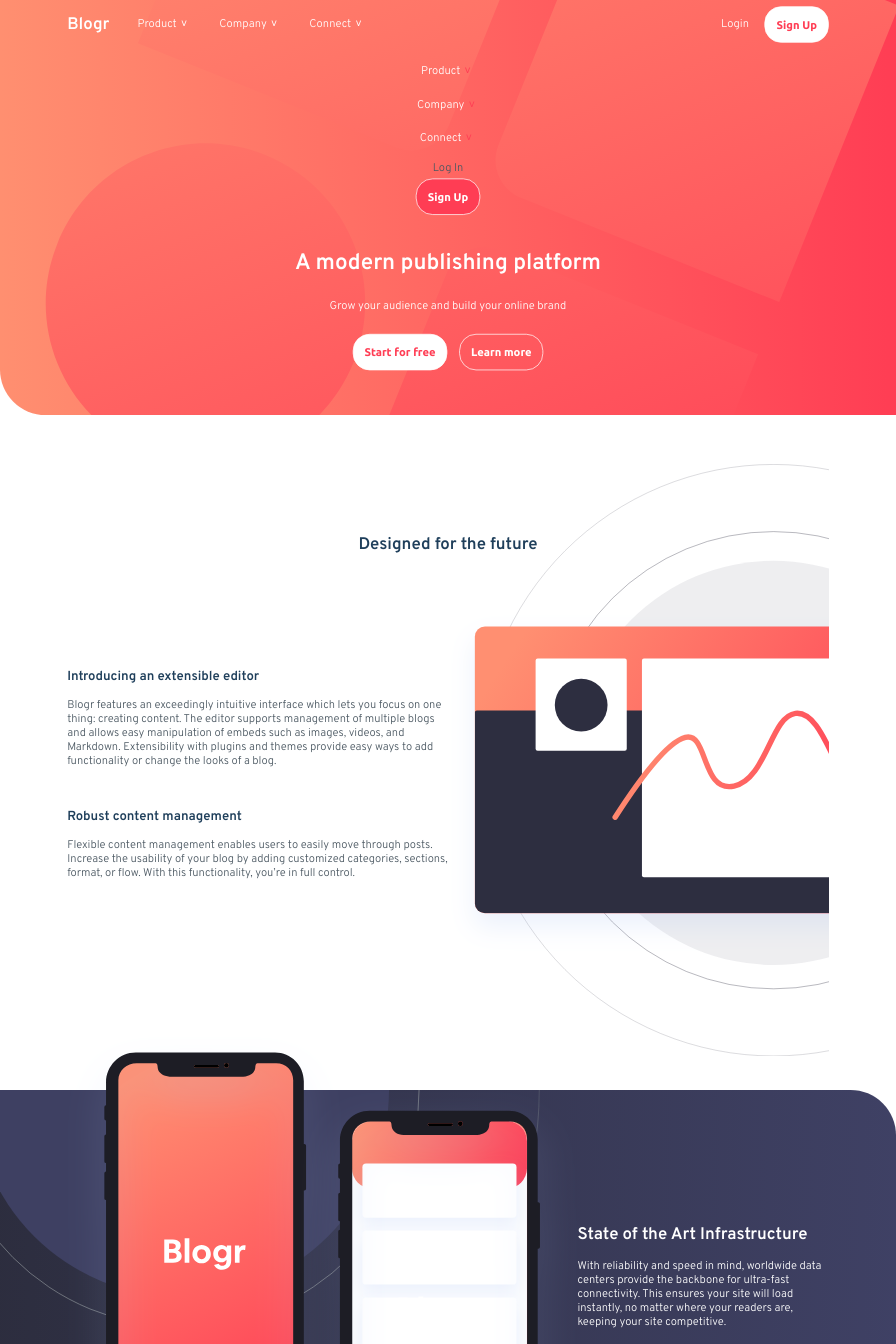
Repository: Ejiro-Oke/Blogr
Page: blogr.html
The author's editor kept a copy of each file at every save. The page is drawn from the files as they stood at one save, then again after the next save.
The browser window is 1280 px wide. The pictures show the part of the page from y = 0 to 1920 px (the page is 3355 px tall before and 3375 px after), at 70% of full size.

Above is the page before, as saved 2021-04-17 00:12:13.

### blogr.html
<!DOCTYPE html>
<html lang="en">
    <head>
        <meta charset="UTF-8">
        <meta name="viewport" content="width=device-width, initial-scale=1">
        <meta name="author" content="Ejiro Oke">
        <title>Blogr</title>
        <link rel="stylesheet" href="blogr.css">
        <link rel="preconnect" href="https://fonts.gstatic.com">
        <link href="https://fonts.googleapis.com/css2?family=Overpass:wght@300;600&display=swap" rel="stylesheet">
        <!-- <link rel="preconnect" href="https://fonts.gstatic.com"> -->
        <link href="https://fonts.googleapis.com/css2?family=Ubuntu:ital,wght@0,500;0,700;1,400&display=swap" rel="stylesheet">
    </head>

    <body>
    <header id="cropped">
        <div class="container container-flex" id="nav-bar">
            <nav>
            <div id="left-nav">
                <h2 class="site-title">Blogr</h2>

            <ul class="top-navbar">
                <li  id="content-trigger"><a href="#">Product</a><p class="arrow top-arrow p-arrow"> ˅</p></li>
                <div class=" drop-top">
                    <ol class="dropdown-content ">
                    <li><a href="#">Overview</a></li>
                    <li><a href="#">Pricing</a></li>
                    <li><a href="#">Marketplace</a></li>
                    <li><a href="#">Features</a></li>
                    <li><a href="#">Integrations</a></li>
                    </ol>
                </div>
            </ul>

            <ul class="top-navbar">

                <li id="content-trigger"><a href="#">Company</a><span class="arrow top-arrow c-arrow"> ˅</span></li>
                <div class=" drop-top">
                    <ol class="dropdown-content">
                    <li><a href="#">About</a></li>
                    <li><a href="#">Team</a></li>
                    <li><a href="#">Blog</a></li>
                    <li><a href="#">Careers</a></li>
                    </ol>
                </div>
            </ul>

            <ul class="top-navbar">
                <li  id="content-trigger"><a href="#">Connect</a><span class="arrow top-arrow con-arrow"> ˅</span></li>
                <div class=" drop-top">
                    <ol class="dropdown-content ">
                    <li><a href="#">Contact</a></li>
                    <li><a href="#">Newsletter</a></li>
                    <li><a href="#">LinkedIn</a></li>
                    </ol>
                </div>
            </ul>
        </div> <!---close left-nav-->

            <div class="top-navbar" id="right-nav">
                <ul>
                <li><a href="#">Login</a></li>
                </ul>
                <button href="#"  >Sign Up</button>
            </div>


            <ol class="dropbtn">
            <li class="alt-nav" ></li>
            <li class="alt-nav"></li>
            <li class="alt-nav"></li>
            </ol>

                </div>

            </nav>

<div class="modal"
        <div class= "container drop-down-menu">
            <ol>
            <li class="product-drop" id="dropdown-trigger">Product<span class="arrow p-arrow"> ˅</span> </li>
            <div class="product-content kon">
                <ol class="dropdown-content">
                <li><a href="#">Overview</a></li>
                <li><a href="#">Pricing</a></li>
                <li><a href="#">Marketplace</a></li>
                <li><a href="#">Features</a></li>
                <li><a href="#">Integrations</a></li>
                </ol>
            </div>
            </ol>
            <ol>
            <li class="company-drop" id="dropdown-trigger">Company<span class="arrow c-arrow"> ˅</span></li>
            <div class="company-content kon">
                <ol class="dropdown-content">
                <li><a href="#">About</a></li>
                <li><a href="#">Team</a></li>
                <li><a href="#">Blog</a></li>
                <li><a href="#">Careers</a></li>
                </ol>
            </div>
            </ol>

            <ol>
            <li class="connect-drop" id="dropdown-trigger"   >Connect<span class="arrow con-arrow"> ˅</span></li>
            <div class="connect-content kon">
                <ol class="dropdown-content">
                <li><a href="#">Contact</a></li>
                <li><a href="#">Newsletter</a></li>
                <li><a href="#">LinkedIn</a></li>
                </ol>
            </div>
            </ol>

            <div class="dropdown-btns">
                <ol>
            <li><a href="#">Log In</a> </li>
            <li><button class="red-btn">Sign Up</button></li>
                </ol>
        </div>
    </div>
    </div> <!---close container flex/ nav-bar-->

        <div class="container hero">
            <h1>A modern publishing platform</h1>
            <p>Grow your audience and build your online brand</p>
            <button>Start for free</button> <button class="clear-btn">Learn more</button>
        </div>

    </header>

<div class="container container-flex">
    <main role="main">
<h2 class="hero2">Designed for the future</h2>
<div class="columns left">
    <div class="col col-left content">
        <h3>Introducing an extensible editor</h3>
        <p>Blogr features an exceedingly intuitive interface which lets you focus on one thing: creating content. The editor
        supports management of multiple blogs and allows easy manipulation of embeds such as images, videos, and Markdown.
        Extensibility with plugins and themes provide easy ways to add functionality or change the looks of a blog.</p>

        <h3>Robust content management</h3>
        <p>Flexible content management enables users to easily move through posts.
            Increase the usability of your blog by adding customized categories, sections, format, or flow. With this functionality,
            you’re in full control.</p>
    </div><!---close col-left-->

        <img src="images/illustration-editor-desktop.svg" class="col col-right" id="col-image">
</div><!---close columns-->
</div> <!----close container-flex-->


    <div id="col-banner" id="cropped">
    <div class="container container-flex" id="cropped" >
    <div class="columns">
            <img src="images/illustration-phones.svg" class="col col-left">
        <div class="col col-right content" id="col-blue">
    <h2>State of the Art Infrastructure</h2>
    <p>With reliability and speed in mind, worldwide data centers provide the backbone for ultra-fast connectivity.
        This ensures your site will load instantly, no matter where your readers are, keeping your site competitive. </p>
        </div>
</div> <!---close columns-->
</div><!---close container-flex-->
    </div>


<div class="container container-flex">
<div class="columns">
        <img src="images/illustration-laptop-desktop.svg" class="col col-left" id="col-image">

<div class=" col col-right content">
    <h3> Free, open, simple</h3>
    <p>Blogr is a free and open source application backed by a large community of helpful developers.
        It supports features such as code syntax highlighting, RSS feeds, social media integration, third-party commenting tools, and works seamlessly with Google Analytics.
        The architecture is clean and is relatively easy to learn. Powerful tooling Batteries included.
        We built a simple and straightforward CLI tool that makes customization and deployment a breeze, but capable of producing even the most complicated sites</p>
        <h3>Powerful tooling</h3>
        <p> We built a simple and straightforward CLI tool that makes customization and deployment a breeze,
            but capable of producing even the most complicated sites. </p>
</div> <!---col-right-->
</div><!---close columns-->


</main>
</div>

    <footer>
        <div class="container container-flex" id="nav-bar">
            <nav class="bottom-nav">
            <div class="footer">
                <h1 class="logo">Blogr</h1>
                <p class="signoff">Challenge by <a href="https://www.frontendmentor.io/solutions" class="ext">Frontend Mentor</a>. Coded by <a href="https://github.com/Ejiro-Oke" class="ext">Ejiro Oke</a>.</p>
        </div> <!---close left-nav-->

            <div id="footer-nav">
                <ul>
                    <li><h3>Product</h3></li>
                    <li><a href="#">Overview</a></li>
                    <li><a href="#">Pricing</a></li>
                    <li><a href="#">Marketplace</a></li>
                    <li><a href="#">Features</a></li>
                    <li><a href="#">Integrations</a></li>
                </ul>


                <ul>
                    <li><h3>Company</h3></li>
                    <li><a href="#">About</a></li>
                    <li><a href="#">Team</a></li>
                    <li><a href="#">Blog</a></li>
                    <li><a href="#">Careers</a></li>
                </ul>

                <ul>
                    <li><h3>Connect</h3></li>
                    <li><a href="#">Contact</a></li>
                    <li><a href="#">Newsletter</a></li>
                    <li><a href="#">LinkedIn</a></li>
                </ul>
            </div>
            </nav>

        </div> <!---close container flex/ nav-bar-->

    </footer>
    </body>
    <script src="blogr.js"></script>

</html>

### blogr.css
body, html {
    margin: 0 auto;
    padding: 0;
    font-size: 16px;
    font-family: 'Overpass', sans-serif;
    color: hsl(207, 13%, 34%);
}

img {
    max-width: 100%;
    display: block;

}

h1, h2, h3, button, .drop-down-menu{
    font-weight: 600;
}
    .hero2, .col>h3{
    color: hsl(208, 49%, 24%);
}

h2.hero2{
    text-align: center;
    position: relative;
    top: 150px;
}

.col>h3{
    padding-top: 2em;

}

.container {
    width: 85%;
    max-width: 1440px;
    margin:0 auto;
}

ul {
    list-style: none;
    display: flex;
    flex-direction: row;
}
.top-navbar {
    display: flex;
    justify-content: space-between;
}
.top-navbar li{
    margin: auto auto;
}
#bottom-nav li{
margin: .6em 1em;
}
#right-nav a{
    margin-right: 1em;
}
.arrow{
    display: inline-block;
    color: hsl(353, 100%, 62%);
    font-size: 15px;
    padding: .2em .2em;
    margin: .2em .2em;
    transition: all 0.4s ease;
    cursor: pointer;

}

/* #test{
    color: red;
    transform: rotate(180deg);
} */


/* .arrow-down{
    transform: rotate(0deg);
    transition: all 0.4s ease;

}
.arrow.open{
    transform: rotate(180deg);
    transition: transform 1s linear;
} */

a, .top-arrow {
    text-decoration: none;
    color: hsl(0, 0%, 100%);
}

button{
margin: auto .4em;
font-family: 'Ubuntu', sans-serif;
background-color:  hsl(0, 0%, 100%);
color: hsl(353, 100%, 62%);
border-radius:24px;
border:1px solid hsl(0, 0%, 100%);
padding: 1em 1em;
font-size: 16px;
font-weight: 700;
cursor: pointer;
}
#right-nav button{
    margin-right: 0;
}
button:hover,
button:focus{
transform: scale(1.1);
margin: 0 .6em;
cursor: pointer;
}

#inline:hover,
#inline:focus{
  padding: .7em .9em;
  cursor: pointer;
}

a:hover,
a:focus{
    font-weight: 600;
    cursor: pointer;
}

ol:hover,
ol:focus{
    /* transform: scale(1.1); */
    cursor: pointer;
}

.clear-btn{
background-color:transparent;
border:1px solid hsl(0, 0%, 100%) ;
color: hsl(0, 0%, 100%);
}

.red-btn{
    background-color: hsl(353, 100%, 62%);
    color: hsl(0, 0%, 100%);

}
nav{
    align-items: center;
    display: flex;
    justify-content: space-between;

}
#left-nav{
    display: flex;
    justify-content: flex-start;
    width: 50%;
}


#right-nav {

    display: flex;
    justify-content: flex-end;
    width: 50%;
}
.alt-nav{
  width: 25px;
  height: 2px;
  background-color: hsl(0, 0%, 100%);
  display: none;
}
.dropbbtn{
    display: none;
}
.drop-down-menu{
    display: none;
    padding: 10px 10px;
    max-width: 310px;
    width: 80%;
    position:absolute;
    left: 0;
    right: 0;
    z-index: 1;
    background-color: hsl(0, 0%, 100%);
    list-style: none;
    color: hsl(207, 13%, 34%);
    box-shadow: 0px 8px 16px 0px hsl(0, 1%, 29%);
    border-radius: 4px 4px;
}
.dropdown-content{
    margin: 0 .8em;
    padding: .5em 0;
    list-style: none;
    background-color: hsl(0, 10%, 92%);
    border-radius: 4px 4px;
}

.product-content, .company-content, .connect-content{
    display: none;
}

.kon
{
    display: none ;
}
.dropdown-content a,
.dropdown-btns a{
    color: hsl(207, 13%, 34%);
    padding: 1em o;
}
.dropdown-content li, .drop-down-menu li{
    padding: .5em 0;
}

/* .dropdown-btn{
    border-top: solid 1px hsl(0, 10%, 92%);
} */

ol{
    padding-left: 0;
/* border: red 2px solid; */
}

#content-trigger{
    position: relative;
  /* display: inline-block; */
}

#content-trigger:hover .arrow
{transform: rotate(180deg);}
#dropdown-trigger:hover .arrow
{transform: rotate(180deg)}
.drop-top {
  display: none;
  position:absolute;
  background-color: hsl(0, 0%, 100%);
  width: 112px;
  box-shadow: 0px 8px 16px 0px rgba(0,0,0,0.2);
  z-index: 1;
  margin: 3em auto;
  border-radius: 4px 4px;

  }


ol> li{
    margin: .3em 1em;
    list-style: none;
}
.bottom-nav{
    justify-content: center;
}
#footer-nav{
    display: flex;
}
#footer-nav ul{
    flex-direction: column;
}

.logo{
    font-size: 80px;
    margin-bottom: 0;
}
.signoff{
    font-size: 12px;
}
.ext {
    text-decoration: underline;
    font-weight: 300;
    color: rgb(66, 66, 243);
}

.hero,
.hero p
{
    padding: 1em 0;
    text-align: center;
    line-height: 1;
}

header {
    font-family: 'Overpass', sans-serif;
    font-weight: 300;
    margin: 0 auto;
    padding-bottom: 3em;
    color:  hsl(0, 0%, 100%);
    background-image:
     url('images/bg-pattern-intro.svg'),
     linear-gradient(to right, hsl(13, 100%, 72%), hsl(353, 100%, 62%));
    background-position:
   center 51%,
    center;
    background-repeat: no-repeat;
    background-size:
    1840px,
    cover;
    border-bottom-left-radius: 65px;
    text-align: center;

}

#col-banner {
    max-height: 32em;
    font-family: 'Overpass', sans-serif;
    margin: 3em 0;
    color:  hsl(0, 0%, 100%);
    background-image:
     url('images/bg-pattern-circles.svg'),
     linear-gradient(to right, hsl(237, 17%, 21%), hsl(237, 23%, 32%));
    background-position:
    bottom left -99%,
    center;
    background-repeat: no-repeat;
    background-size:
    80%,
    cover;
    border-top-right-radius: 65px;
    padding: 0;
}


footer {
    font-family: 'Overpass', sans-serif;
    font-weight: 300;
    margin: 0 auto;
    padding: 3em 0;
    margin-top: 3em;
    color:  hsl(0, 0%, 100%);
    background-color: hsl(240, 19%, 10%);
    border-bottom-left-radius: 65px;
    text-align: center;
    color: hsl(240, 2%, 79%);
}


.columns {
    display: flex;
    justify-content: space-between;
}

.col {
    width: 50%;
}

.content{
    padding: 14.75em 0;

}

.col-left{
    order: -1;
    /* margin-right: 20%; */
}
.col-right{
order: 2;
}

#col-blue{
    position: relative;
    margin-top: -4em;
}
#col-image{
    /* order: -2; */
    max-height: 65em;
    object-fit:cover;
}

.col-right#col-image{
    object-position:left ;

}

.col-left#col-image{
    object-position: right;
}

#cropped {
    /* max-width: 50%; width of container */
 /* max-height: 58em;     */
    overflow-y: visible;
    height: fit-content;

}

#cropped img {
    margin-top: -80px;
    margin-left: -10;
    width: 69em;
}

@media only screen and (min-width: 320px) and (max-width: 767px) {
    header, #col-banner {
        padding-top: 2em;
        /* height: 58em; */
        max-height: 58em ;
        overflow-y: visible;
    }
    .hero{
        padding-top: 3em;
    }
    h3{
        font-size: 24px;
    }
    h2{
        font-size: 32px;
    }
    .hero2{
        font-size: 24px;
    }
    .columns{
    flex-direction: column;
    flex: 1;
    align-items: center;
    margin: 3em 0;
}

.col {
   width: 95%;
    max-width: 760px;
    justify-content: center;
    text-align: center;
    padding: .5em 1em;
    margin: 0;
    align-items: center;
}
.content{
    padding-top: 0;
    padding-bottom: 0;
    margin-bottom: 5em;
    margin-top: 0;
}
.left{
    flex-direction: column-reverse;
}

.hero2{
    position:static !important;
    padding-top: 2em;
}
    nav{
        display: flex;
        justify-content: space-between;
    }
    #left-nav{
        margin: .6em;
     }
     .top-navbar, #right-nav{
         display: none;
     }
     .alt-nav{
         display: block;
     }
    header {
        text-align: center;
        min-height: 494px;
    }
    #cropped img {
        position: static;
        width: 95%;
        margin-top: -245px;
        padding: 0;
    }
    #col-banner {
        margin-top: 7em;
        border-bottom-left-radius: 65px;
        height: auto;
    }
    #col-blue{
        margin-top: .1em;
    }

    .columns>img{
        padding-bottom: 0;
        margin-bottom: 0;
        width: 95%;
        }

        footer{
            border-top-right-radius: 65px;

        }

        #footer-nav ul {
                padding-left: 0;
                margin: 1em auto;
        }

    #footer-nav li{
        margin: .3em .1em;
        /* border: red 2px solid; */
        margin-left: 0;

    }

    #footer-nav{
        display: block;
    }

    .bottom-nav{
        display: block;
        justify-content: center;
         /* border: red 2px solid; */
        }
    }

Loaded but not shown: blogr.js (220 lines, source omitted)

After the next save:
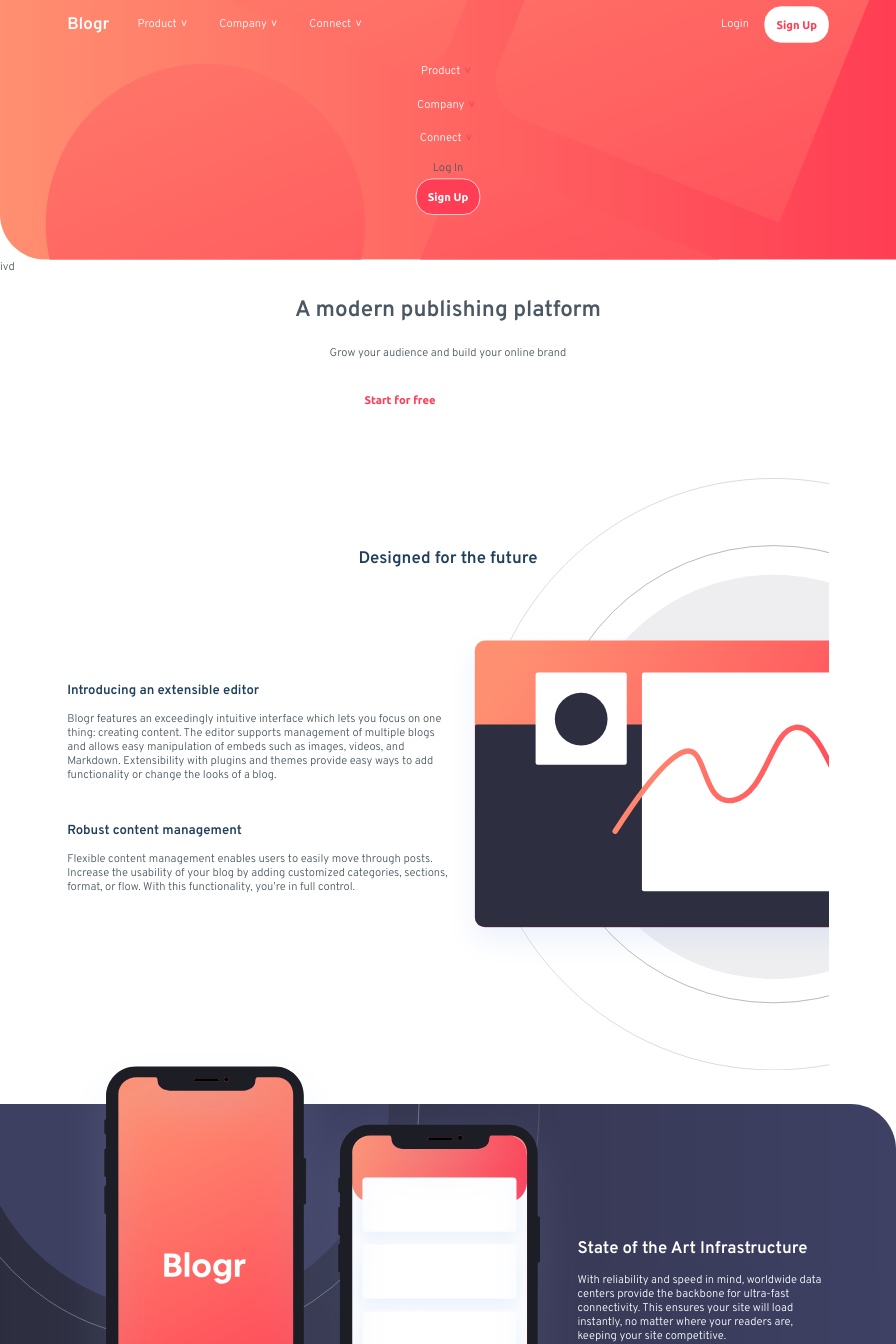
Saved 15 s later.
--- a/blogr.html
+++ b/blogr.html
@@ -120,7 +120,7 @@
         </div>
     </div>
     </div> <!---close container flex/ nav-bar-->
-
+</header>ivd
         <div class="container hero">
             <h1>A modern publishing platform</h1>
             <p>Grow your audience and build your online brand</p>

After the 3 saves that followed:
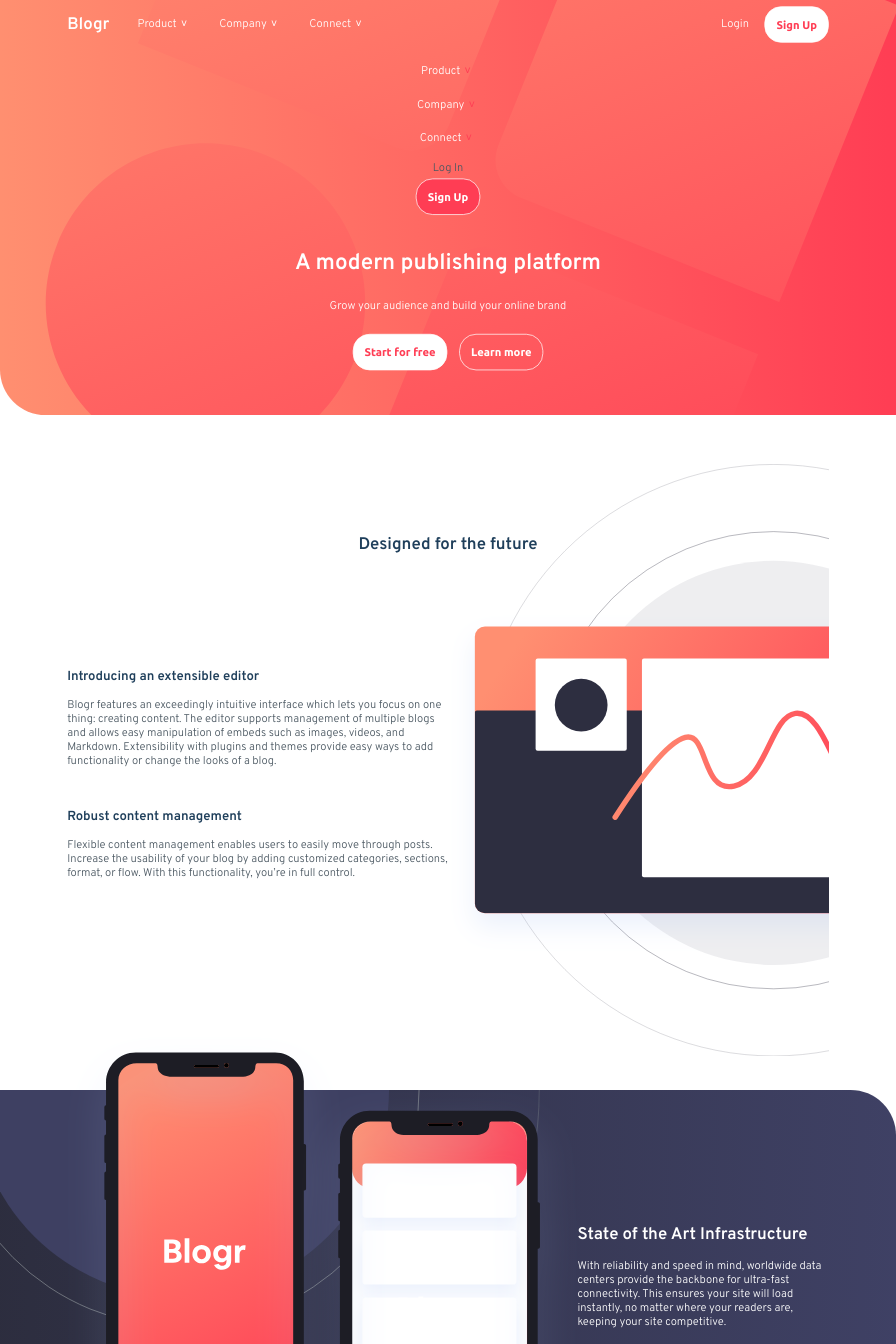
The 3 saves are shown as one change because they came seconds apart.
The last was saved 8 s later.
--- a/blogr.html
+++ b/blogr.html
@@ -120,7 +120,7 @@
         </div>
     </div>
     </div> <!---close container flex/ nav-bar-->
-</header>ivd
+</div>
         <div class="container hero">
             <h1>A modern publishing platform</h1>
             <p>Grow your audience and build your online brand</p>
